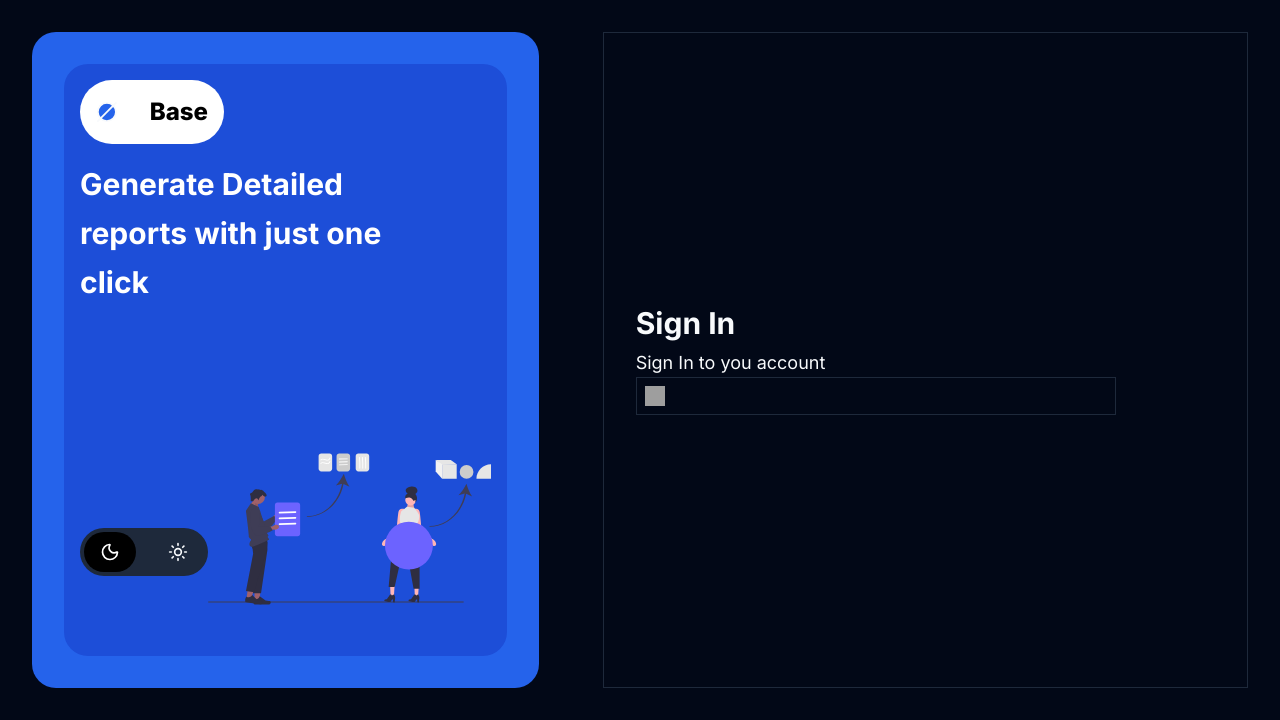
Repository: Hardyy00/openinapp_assignment
Page: /
The author's editor kept a copy of each file at every save. The page is drawn from the files as they stood at one save, then again after the next save.
The browser window is 1280 px wide. The pictures show the whole page.
Pictures or frames that could not be fetched are drawn as grey boxes. The project was rebuilt for these pictures with package versions that can differ from the ones it lists, and the page was loaded fresh each time. The framework's server and built-in components were replaced by stand-ins that run in the browser. Also part of the build but not shown: next.config.mjs.

Above is the page before, as saved 2024-08-23 16:32:36.

After the next save:
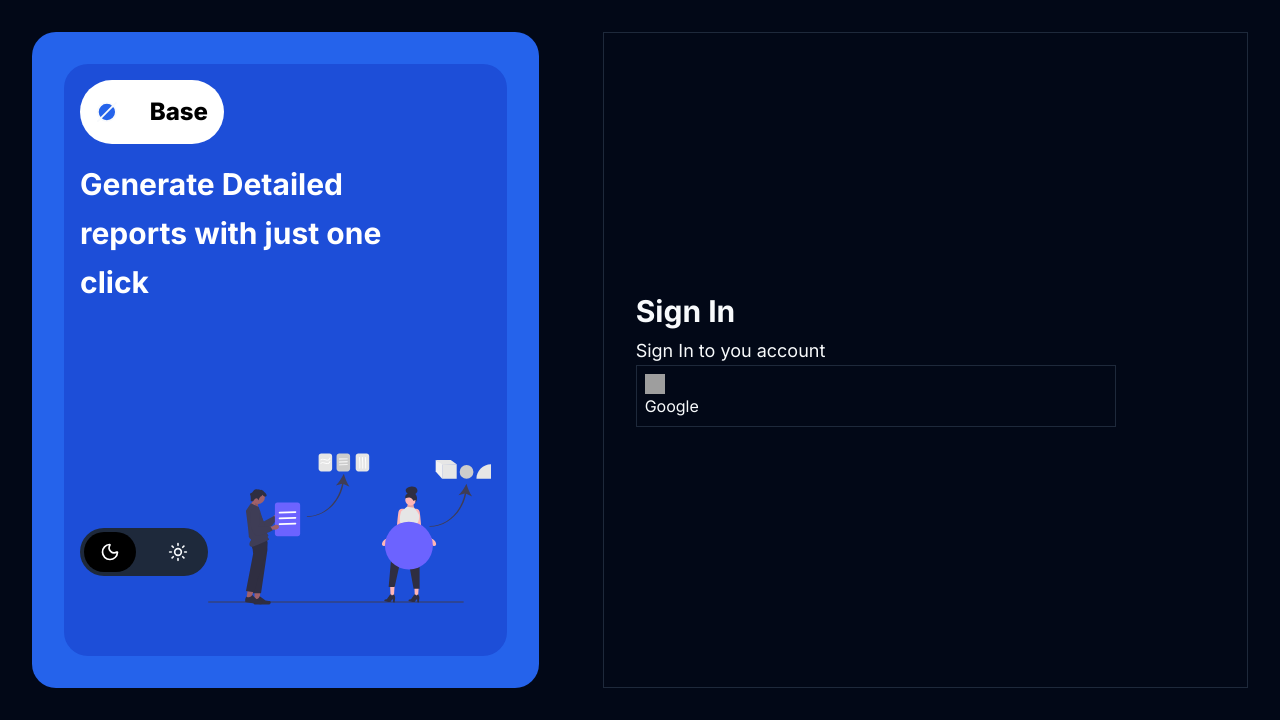
Saved 6 s later.
--- a/app/(auth)/page.tsx
+++ b/app/(auth)/page.tsx
@@ -16,7 +16,9 @@ export default function Page() {
                 <Image src={"/google.svg"} alt="svg" fill />
               </div>
 
-              <div></div>
+              <div>
+                <p>Google</p>
+              </div>
             </div>
             <div className=""></div>
           </div>
